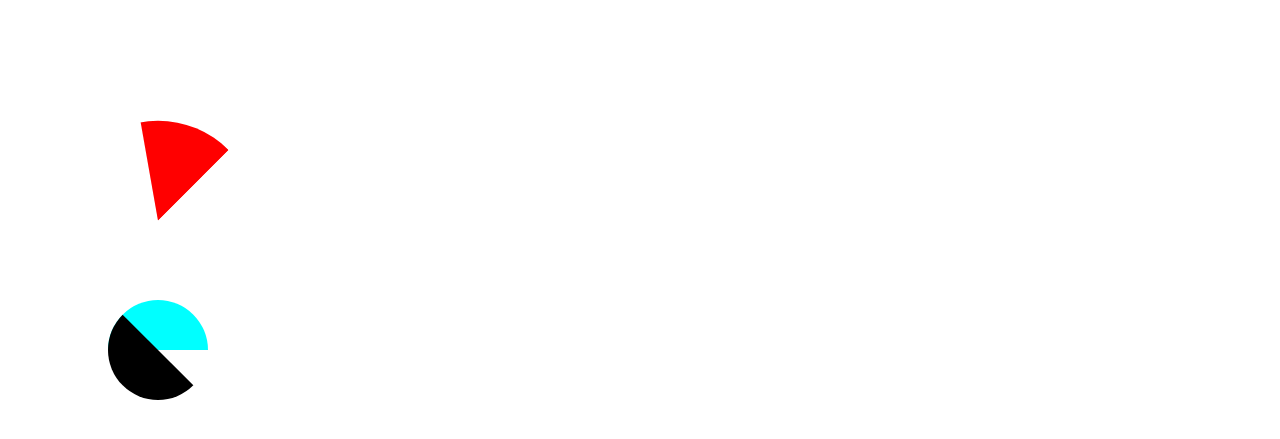
Repository: MMXiaohang/frontend-interview-coding
Page: 56.扇形.html
These files come from the project's save history. The page is drawn as it stood at one moment and after the next save; the edit follows.
The browser window is 1280 px wide. The pictures show the whole page.

Above is the page before, as saved 2022-08-12 00:19:35.

After the next save:
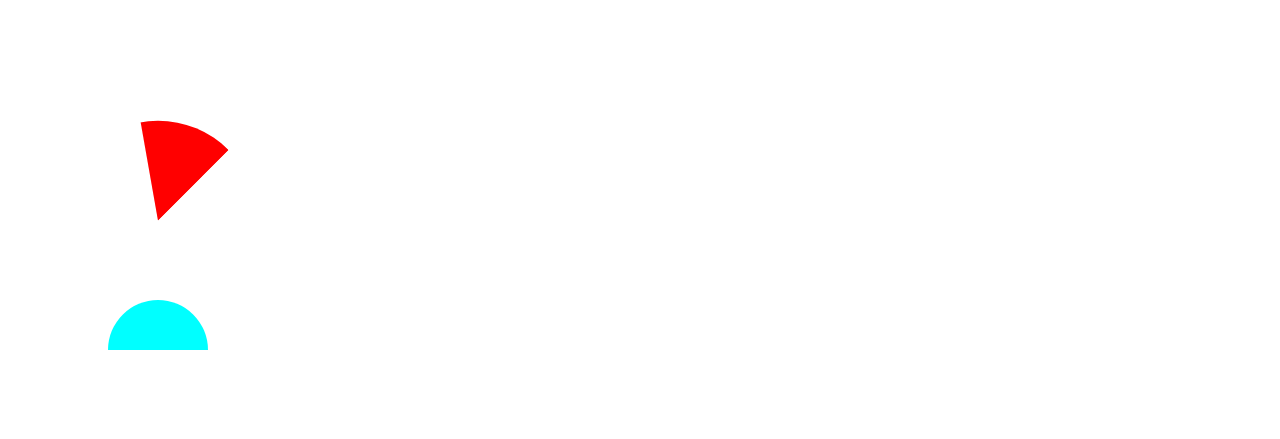
Saved 6 s later.
--- a/56.扇形.html
+++ b/56.扇形.html
@@ -57,7 +57,7 @@
         .c2{
             width: 100px;
             height: 50px;
-            background-color: black;
+            background-color: transparent;
             border-radius: 0 0 50px 50px;
             transform: rotate(45deg);
             transform-origin: center top;
